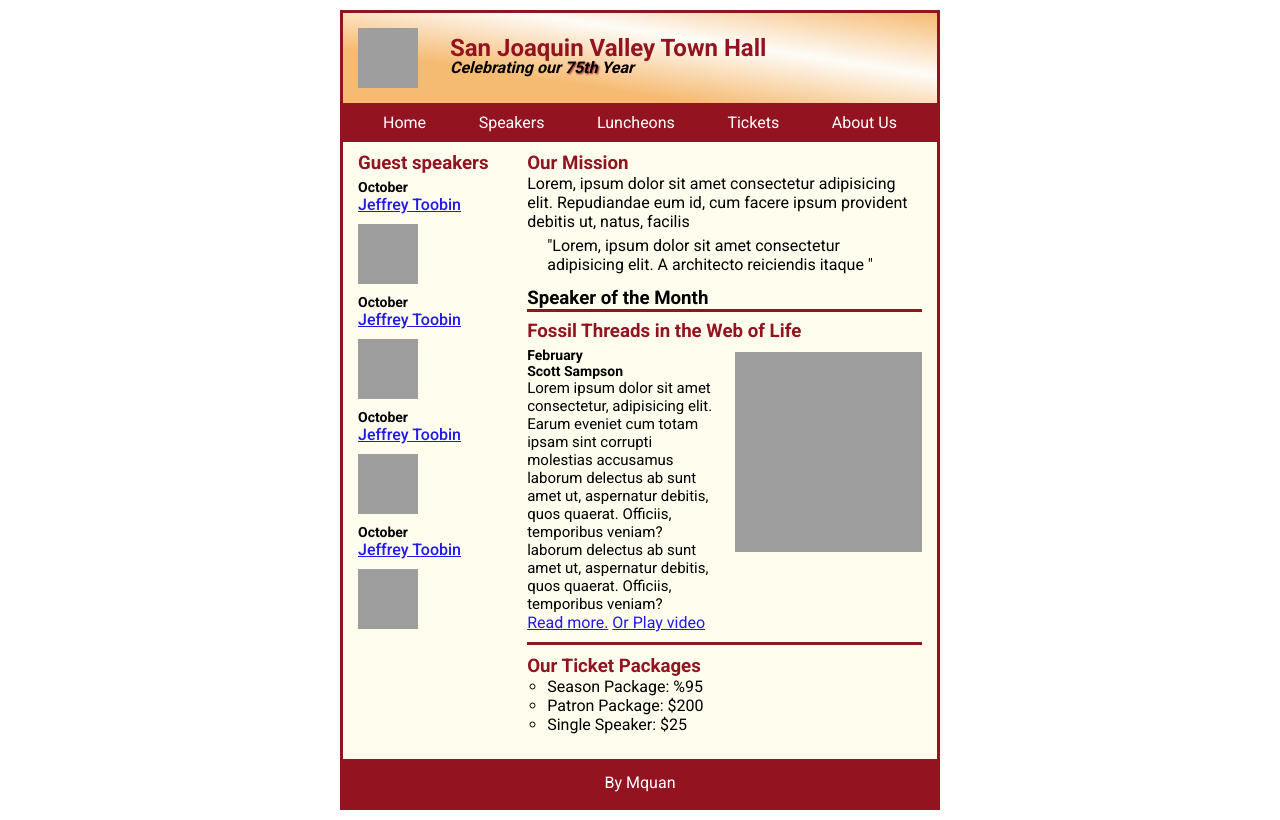
Repository: Mannj-nef/ex-5-6-7-8_IvVettech
Page: index.html
These files come from the project's save history. The page is drawn as it stood at one moment and after the next save; the edit follows.
The browser window is 1280 px wide. The pictures show the whole page.
Pictures or frames that could not be fetched are drawn as grey boxes.

Above is the page before, as saved 2022-03-24 23:17:59.

### index.html
<!DOCTYPE html>
<html lang="en">
  <head>
    <meta charset="UTF-8" />
    <meta http-equiv="X-UA-Compatible" content="IE=edge" />
    <meta name="viewport" content="width=device-width, initial-scale=1.0" />
    <link rel="stylesheet" href="./Asset/style.css" />
    <link rel="preconnect" href="https://fonts.googleapis.com" />
    <link rel="preconnect" href="https://fonts.gstatic.com" crossorigin />
    <link
      href="https://fonts.googleapis.com/css2?family=Roboto:wght@300;400;500;700&display=swap"
      rel="stylesheet"
    />
    <title>Exercise5-6</title>
    <link
      rel="shortcut icon"
      href="https://iviettech.vn/wp-content/themes/viettech/img/front/favicon.ico"
      type="image/x-icon"
    />
  </head>
  <body>
    <div id="app">
      <header id="header">
        <div class="header-top">
          <div class="header-image__wrapper">
            <img
              src="https://source.unsplash.com/random"
              alt=""
              class="header-image"
            />
          </div>
          <div class="header-main">
            <h2 class="header-main__title">San Joaquin Valley Town Hall</h2>
            <p class="header-main__decs">
              Celebrating our
              <span class="header-main__decs-b"
                >75 <span class="header-main__decs-c">th</span>
              </span>
              Year
            </p>
          </div>
        </div>
        <div class="header-nav">
          <ul class="header-nav__list">
            <li class="header-nav__item">
              <a href="" class="header-nav__link">Home</a>
            </li>
            <li class="header-nav__item">
              <a href="" class="header-nav__link">Speakers</a>
            </li>
            <li class="header-nav__item">
              <a href="" class="header-nav__link">Luncheons</a>
            </li>
            <li class="header-nav__item">
              <a href="" class="header-nav__link">Tickets</a>
            </li>
            <li class="header-nav__item">
              <a href="" class="header-nav__link">About Us</a>
            </li>
          </ul>
        </div>
      </header>
      <section id="content">
        <div class="content-left">
          <h3 class="content-title">Guest speakers</h3>

          <div class="content-left__member">
            <p class="content__member-month">October</p>
            <a href="" class="content-left__member-link">Jeffrey Toobin</a>
            <div class="content-left__member-avata-wrapper">
              <img
                src="https://source.unsplash.com/random"
                alt=""
                class="content-left__member-avata"
              />
            </div>
          </div>
          <div class="content-left__member">
            <p class="content__member-month">October</p>
            <a href="" class="content-left__member-link">Jeffrey Toobin</a>
            <div class="content-left__member-avata-wrapper">
              <img
                src="https://source.unsplash.com/random"
                alt=""
                class="content-left__member-avata"
              />
            </div>
          </div>
          <div class="content-left__member">
            <p class="content__member-month">October</p>
            <a href="" class="content-left__member-link">Jeffrey Toobin</a>
            <div class="content-left__member-avata-wrapper">
              <img
                src="https://source.unsplash.com/random"
                alt=""
                class="content-left__member-avata"
              />
            </div>
          </div>
          <div class="content-left__member">
            <p class="content__member-month">October</p>
            <a href="" class="content-left__member-link">Jeffrey Toobin</a>
            <div class="content-left__member-avata-wrapper">
              <img
                src="https://source.unsplash.com/random"
                alt=""
                class="content-left__member-avata"
              />
            </div>
          </div>
        </div>
        <div class="content-right">
          <div class="content-right__top">
            <h3 class="content-title">Our Mission</h3>
            <p class="content-right__desc">
              Lorem, ipsum dolor sit amet consectetur adipisicing elit.
              Repudiandae eum id, cum facere ipsum provident debitis ut, natus,
              facilis
            </p>
            <p class="content-right__desc-sub">
              "Lorem, ipsum dolor sit amet consectetur adipisicing elit. A
              architecto reiciendis itaque "
            </p>
            <h3 class="content-right-title">Speaker of the Month</h3>
          </div>
          <div class="content-right__center">
            <h3 class="content-title">Fossil Threads in the Web of Life</h3>
            <div class="content-right__center-wrapper">
              <div class="content-right__center-left">
                <h3 class="content__member-month center-left_title">
                  <p>February</p>
                  Scott Sampson
                </h3>
                <p class="content-left__center-desc">
                  Lorem ipsum dolor sit amet consectetur, adipisicing elit.
                  Earum eveniet cum totam ipsam sint corrupti molestias
                  accusamus laborum delectus ab sunt amet ut, aspernatur
                  debitis, quos quaerat. Officiis, temporibus veniam? laborum
                  delectus ab sunt amet ut, aspernatur debitis, quos quaerat.
                  Officiis, temporibus veniam?
                </p>
                <a href="" class="content-left__center-link">Read more.</a>
                <a href="" class="content-left__center-link">Or Play video</a>
              </div>
              <div class="content-right__center-right">
                <img
                  src="https://source.unsplash.com/random"
                  alt=""
                  class="content-right__center-right_img"
                />
              </div>
            </div>
          </div>
          <div class="content-right__foot">
            <h3 class="content-title">Our Ticket Packages</h3>
            <ul class="content-right__foot-list">
              <li class="content-right__foot-item">Season Package: %95</li>
              <li class="content-right__foot-item">Patron Package: $200</li>
              <li class="content-right__foot-item">Single Speaker: $25</li>
            </ul>
          </div>
        </div>
      </section>
      <footer id="footer">
        <p class="coppyright">By Mquan</p>
      </footer>
    </div>
  </body>
</html>

### Asset/style.css
* {
  margin: 0;
  padding: 0;
  box-sizing: border-box;
}
html {
  font-family: "Roboto", sans-serif;
}
:root {
  --prymary-color: #931420;
  --white-color: #fff;
  --yellow-color: #ebc700;
  --blue-color: #2119ee;
  --size: 60px;
}

#app {
  margin: 10px auto;
  width: 600px;
  border: 3px solid var(--prymary-color);
}

#header {
}
.header-top {
  padding: 15px;
  display: flex;
  align-items: center;
  background-image: linear-gradient(
    to right top,
    #f6bb73 30%,
    #fefcf8,
    #f6bb73
  );
}
.header-image__wrapper {
  width: var(--size);
  height: var(--size);
  margin-right: 2em;
}
.header-image {
  width: 100%;
  height: 100%;
  object-fit: cover;
}
.header-main {
  line-height: 20px;
}
.header-main__title {
  color: var(--prymary-color);
}
.header-main__decs {
  color: #000;
  font-weight: 600;
  font-style: italic;
}
.header-main__decs-b {
  display: inline-flex;
  text-shadow: 1px 1px 2px var(--prymary-color);
}
.header-nav {
  background-color: var(--prymary-color);
}
.header-nav__list {
  list-style: none;
  display: flex;
  justify-content: space-between;
  padding: 0 20px;
}
.header-nav__item {
  padding: 10px 20px;
}
.header-nav__link {
  font-weight: 400;
  text-decoration: none;
  color: var(--white-color);
}
.header-nav__item:hover .header-nav__link {
  color: var(--yellow-color);
}

#content {
  background-color: #fffded;
  padding: 10px 15px;
  display: flex;
}

.content-left {
  width: 30%;
}
.content-title {
  color: var(--prymary-color);
}
.content-left__member {
}
.content__member-month {
  margin-top: 5px;
  font-size: 14px;
  font-weight: 600;
}
.content-left__member-link {
  font-weight: 500;
  color: var(--blue-color);
}
.content-left__member-avata-wrapper {
  width: var(--size);
  height: var(--size);
  display: flex;
  margin: 10px 0;
}
.content-left__member-avata {
  width: 100%;
  height: 100%;
}
.content-right {
  width: 70%;
}
.content-right__desc-sub {
  padding: 5px 20px;
}
.content-right-title {
  margin: 8px 0;
  font-weight: 600;
  color: #000;
  border-bottom: 3px solid var(--prymary-color);
}

.content-right__center {
  padding: 0 0 10px;
  border-bottom: 3px solid var(--prymary-color);
}

.content-right__center-wrapper {
  display: flex;
}

.content-right__center-left {
  flex: 1;
}
.center-left_title {
  margin-right: 10px;
}
.content-left__center-desc {
  font-size: 15px;
  line-height: 1.2;
}
.content-left__center-link {
  color: var(--blue-color);
}
.content-right__center-right {
  margin: 10px 0 0 20px;
  width: 100px;
  height: 200px;
  display: flex;
  flex: 1;
}
.content-right__center-right_img {
  width: 100%;
  height: 100%;
}
.content-right__foot {
  margin: 10px 0 15px;
}
.content-right__foot-list {
  list-style: circle;
  padding-left: 20px;
}
#footer {
  display: flex;
  align-items: center;
  justify-content: center;
  background-color: var(--prymary-color);
}
.coppyright {
  color: var(--white-color);
  line-height: 3;
}

After the next save:
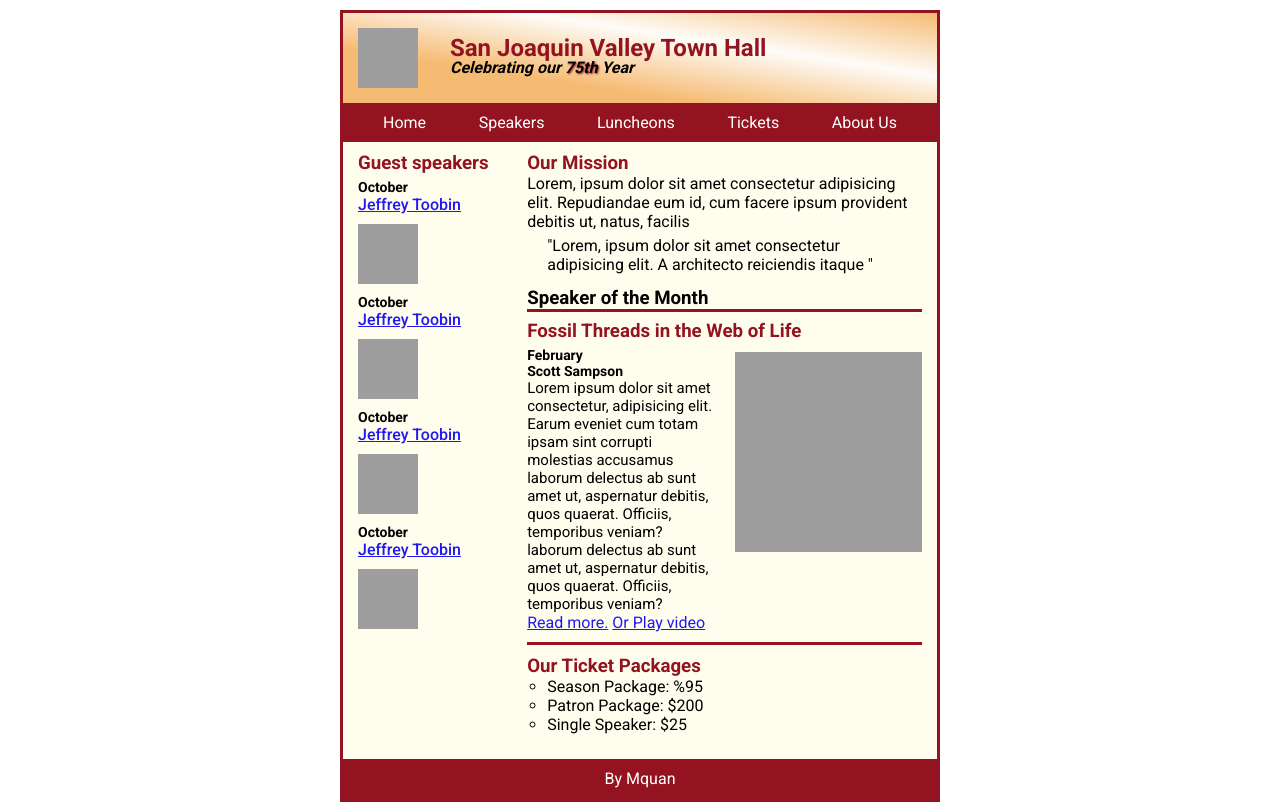
Saved 45 s later.
--- a/Asset/style.css
+++ b/Asset/style.css
@@ -173,5 +173,5 @@ html {
 }
 .coppyright {
   color: var(--white-color);
-  line-height: 3;
+  line-height: 2.5;
 }
